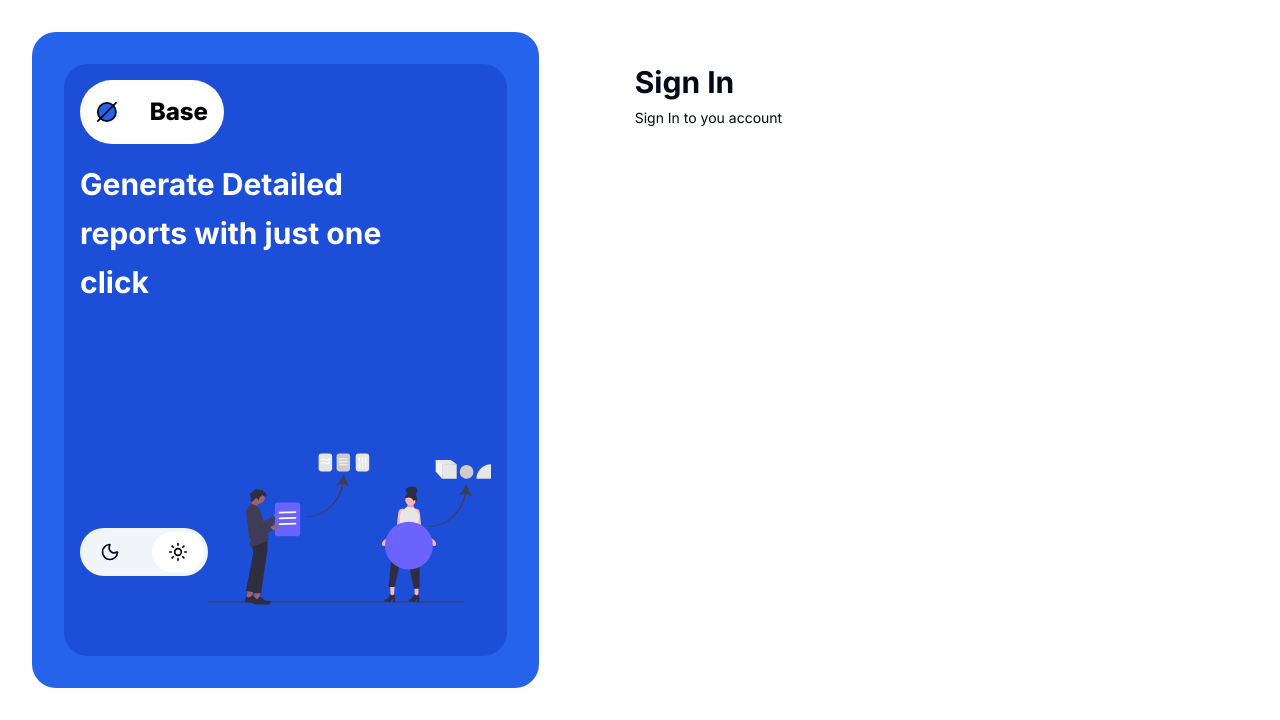
Repository: Hardyy00/openinapp_assignment
Page: /
An editor plug-in stored every save of this project. The page is shown before and after the next save, followed by the edit.
The browser window is 1280 px wide. The pictures show the whole page.
The project was rebuilt for these pictures with package versions that can differ from the ones it lists, and the page was loaded fresh each time. The framework's server and built-in components were replaced by stand-ins that run in the browser. Also part of the build but not shown: next.config.mjs.

Above is the page before, as saved 2024-08-23 16:09:28.

After the next save:
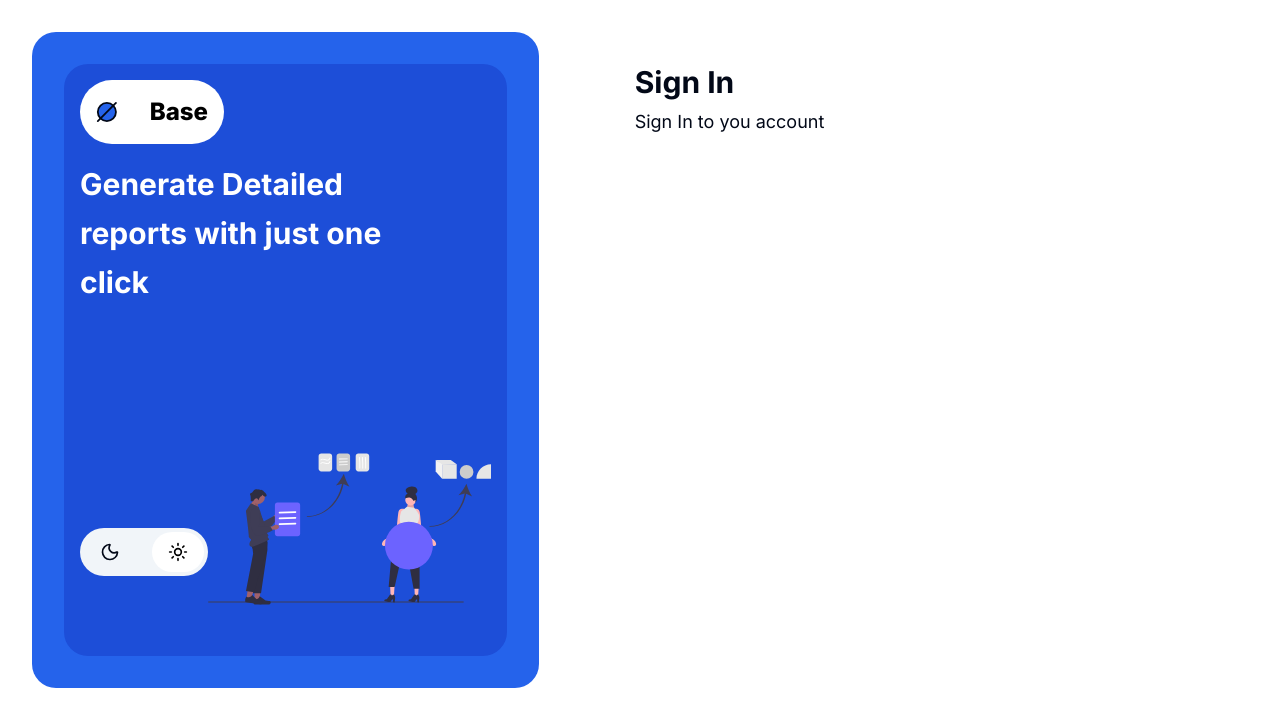
Saved 5 s later.
--- a/app/(auth)/page.tsx
+++ b/app/(auth)/page.tsx
@@ -4,7 +4,7 @@ export default function Page() {
       <div className="p-8">
         <div className="space-y-2">
           <h1 className="text-foreground font-bold text-3xl">Sign In</h1>
-          <p className="text-sm">Sign In to you account</p>
+          <p className="text-lg">Sign In to you account</p>
         </div>
       </div>
     </div>
